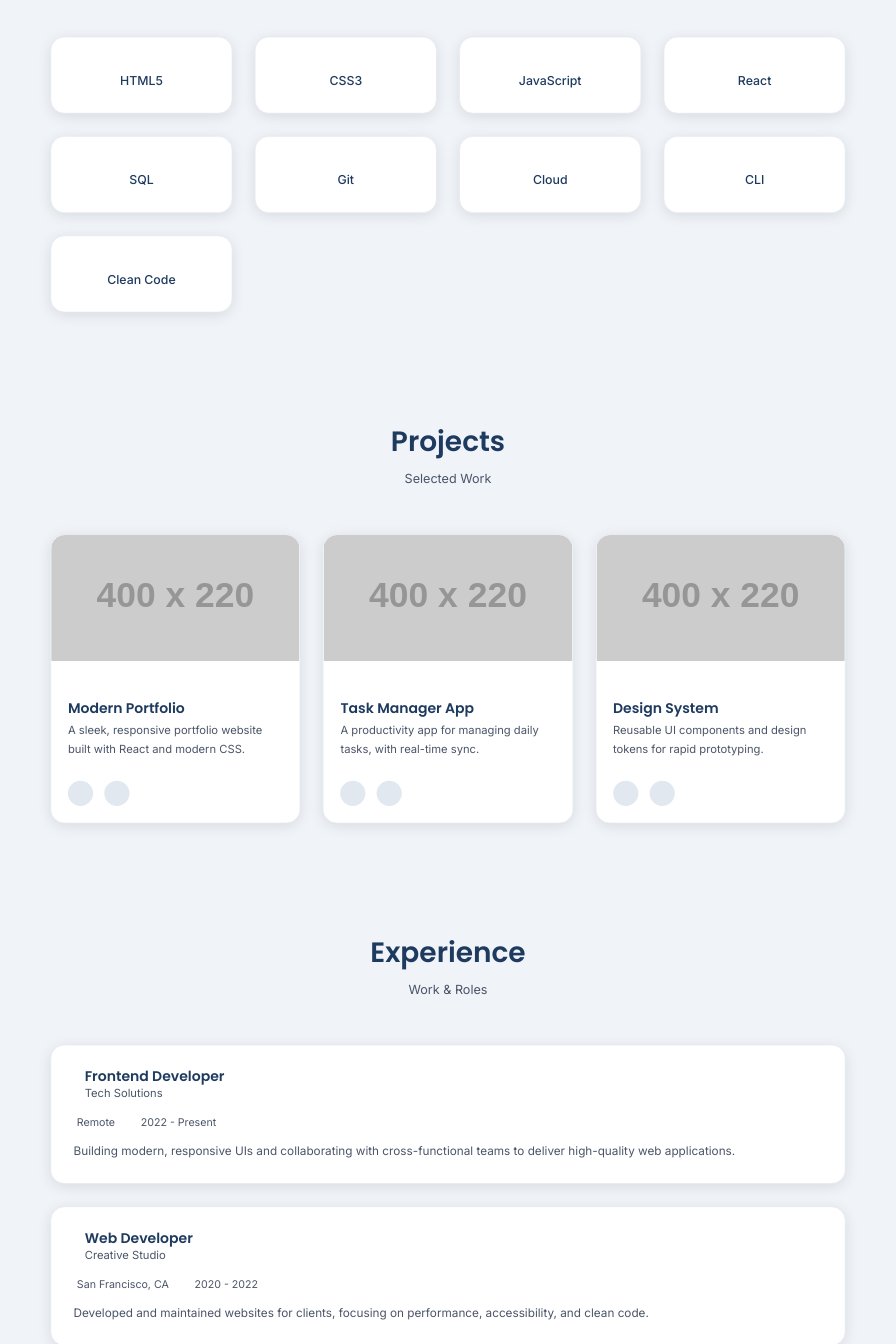
Repository: TharunPathakamuri/Portfolio
Page: index.html
These files come from the project's save history. The page is drawn as it stood at one moment and after the next save; the edit follows.
The browser window is 1280 px wide. The pictures show the part of the page from y = 1866 to 3786 px (the page is 4994 px tall before and 4852 px after), at 70% of full size.

Above is the page before, as saved 2025-07-04 23:29:40.

### index.html
<!DOCTYPE html>
<html lang="en">
  <head>
    <meta charset="UTF-8" />
    <meta name="viewport" content="width=device-width, initial-scale=1.0" />
    <title>Tharun Pathakamuri - Portfolio</title>
    <meta
      name="description"
      content="Personal Portfolio - Modern Web Developer"
    />

    <!-- Google Fonts -->
    <link rel="preconnect" href="https://fonts.googleapis.com" />
    <link rel="preconnect" href="https://fonts.gstatic.com" crossorigin />
    <link
      href="https://fonts.googleapis.com/css2?family=Inter:wght@300;400;500;600;700&family=Poppins:wght@300;400;500;600;700&display=swap"
      rel="stylesheet"
    />

    <!-- Lucide Icons -->
    <link
      rel="stylesheet"
      href="https://cdn.jsdelivr.net/npm/lucide-static@0.292.0/font/lucide.css"
    />

    <!-- Custom CSS -->
    <link rel="stylesheet" href="styles.css" />
    <link rel="shortcut icon" href="favicon.ico" type="image/x-icon" />
  </head>
  <body>
    <!-- Navigation -->
    <nav class="navbar" id="navbar">
      <div class="container">
        <div class="nav-content">
          <div class="nav-logo">
            <h3>Portfolio</h3>
          </div>

          <ul class="nav-menu" id="nav-menu">
            <li><a href="#home" class="nav-link">Home</a></li>
            <li><a href="#about" class="nav-link">About</a></li>
            <li><a href="#skills" class="nav-link">Skills</a></li>
            <li><a href="#projects" class="nav-link">Projects</a></li>
            <li><a href="#experience" class="nav-link">Experience</a></li>
            <li><a href="#contact" class="nav-link">Contact</a></li>
          </ul>

          <div class="nav-actions">
            <button
              class="theme-toggle"
              id="theme-toggle"
              aria-label="Toggle dark mode"
            >
              <i class="lucide lucide-moon"></i>
            </button>

            <button
              class="mobile-menu-toggle"
              id="mobile-menu-toggle"
              aria-label="Toggle mobile menu"
            >
              <i class="lucide lucide-menu"></i>
            </button>
          </div>
        </div>
      </div>
    </nav>

    <!-- Hero Section -->
    <section id="home" class="hero">
      <div class="container">
        <div class="hero-content">
          <div class="hero-text">
            <div class="hero-greeting">
              <span class="wave">👋</span> Hello, I'm
            </div>

            <h1 class="hero-title">
              <span class="name">Tharun Sai Charan Pathakamuri</span>
              <span class="title">Junior Web Developer</span>
            </h1>

            <p class="hero-description">
              I create beautiful, functional, and user-centered digital
              experiences. Passionate about clean code, modern design, and
              innovative solutions.
            </p>

            <div class="hero-actions">
              <button
                class="btn btn-primary"
                onclick="scrollToSection('contact')"
              >
                <i class="lucide lucide-mail"></i>
                Get In Touch
              </button>

              <a
                href="THARUN_PATHAKAMUR_RESUME.pdf"
                class="btn btn-secondary"
                download
              >
                <i class="lucide lucide-download"></i>
                Download Resume
              </a>
            </div>

            <div class="hero-social">
              <a
                href="https://github.com/TharunPathakamuri"
                target="_blank"
                rel="noopener noreferrer"
                class="social-link"
              >
                <i class="lucide lucide-github"></i>
              </a>
              <a
                href="https://www.linkedin.com/in/tharun-pathakamuri/"
                target="_blank"
                rel="noopener noreferrer"
                class="social-link"
              >
                <i class="lucide lucide-linkedin"></i>
              </a>
            </div>
          </div>

          <div class="hero-visual">
            <div class="hero-image">
              <div class="image-placeholder">
                <div class="placeholder-text">JD</div>
              </div>
            </div>
          </div>
        </div>
      </div>
    </section>

    <!-- About Section -->
    <section id="about" class="about section">
      <div class="container">
        <div class="section-header">
          <h2 class="section-title">About Me</h2>
          <p class="section-subtitle">Get to know me better</p>
        </div>

        <div class="about-content">
          <div class="about-text">
            <div class="about-description">
              <p>
                🎓 I’m a B.Tech graduate in Electronics and Communication
                Engineering with a strong interest in web development and Python
                programming.
              </p>

              <p>
                💡 Skilled in HTML, CSS, SQL, and Git, I build
                responsive and user-friendly websites with clean code and
                creative UI.
              </p>

              <p>
               🚀 Currently exploring JavaScript and UI/UX, and
                actively seeking opportunities to contribute to real-world
                projects and grow as a developer.
              </p>
            </div>

            <div class="about-highlights">
              <div class="highlight-item">
                <div class="highlight-icon">
                  <i class="lucide lucide-briefcase"></i>
                </div>
                <div class="highlight-content">
                  <h4 class="highlight-title">Fresher</h4>
                  <p class="highlight-description">Professional Experience</p>
                </div>
              </div>

              <div class="highlight-item">
                <div class="highlight-icon">
                  <i class="lucide lucide-graduation-cap"></i>
                </div>
                <div class="highlight-content">
                  <h4 class="highlight-title">Electronics and Communication
                Engineering</h4>
                  <p class="highlight-description">Bachelor's Degree</p>
                </div>
              </div>

              <div class="highlight-item">
                <div class="highlight-icon">
                  <i class="lucide lucide-map-pin"></i>
                </div>
                <div class="highlight-content">
                  <h4 class="highlight-title">Remote</h4>
                  <p class="highlight-description">Available Worldwide</p>
                </div>
              </div>

              <div class="highlight-item">
                <div class="highlight-icon">
                  <i class="lucide lucide-calendar"></i>
                </div>
                <div class="highlight-content">
                  <h4 class="highlight-title">Available</h4>
                  <p class="highlight-description">For New Projects</p>
                </div>
              </div>
            </div>
          </div>

          <div class="about-visual">
            <div class="about-card">
              <div class="card-header">
                <h3>Personal Info</h3>
              </div>

              <div class="info-list">
                <div class="info-item">
                  <span class="info-label">Name:</span>
                  <span class="info-value">Tharun Sai Charan Pathakamuri</span>
                </div>

                <div class="info-item">
                  <span class="info-label">Email:</span>
                  <span class="info-value">tharunsaicharanpathakamuri@gmail.com</span>
                </div>

                <div class="info-item">
                  <span class="info-label">Location:</span>
                  <span class="info-value">Hyderabad, India</span>
                </div>

                <div class="info-item">
                  <span class="info-label">Languages:</span>
                  <span class="info-value">English, Telugu, Hindi</span>
                </div>
              </div>
            </div>
          </div>
        </div>
      </div>
    </section>

    <!-- Skills Section -->
    <section id="skills" class="skills section">
      <div class="container">
        <div class="section-header">
          <h2 class="section-title">Skills</h2>
          <p class="section-subtitle">Technologies & Tools</p>
        </div>

        <div class="skills-grid">
          <div class="skill-card">
            <div class="skill-icon">
              <i class="lucide lucide-code"></i>
            </div>
            <div class="skill-name">HTML5</div>
          </div>

          <div class="skill-card">
            <div class="skill-icon">
              <i class="lucide lucide-palette"></i>
            </div>
            <div class="skill-name">CSS3</div>
          </div>

          <div class="skill-card">
            <div class="skill-icon">
              <i class="lucide lucide-file-code"></i>
            </div>
            <div class="skill-name">JavaScript</div>
          </div>

          <div class="skill-card">
            <div class="skill-icon">
              <i class="lucide lucide-zap"></i>
            </div>
            <div class="skill-name">React</div>
          </div>


          <div class="skill-card">
            <div class="skill-icon">
              <i class="lucide lucide-database"></i>
            </div>
            <div class="skill-name">SQL</div>
          </div>

          <div class="skill-card">
            <div class="skill-icon">
              <i class="lucide lucide-git-branch"></i>
            </div>
            <div class="skill-name">Git</div>
          </div>

          <div class="skill-card">
            <div class="skill-icon">
              <i class="lucide lucide-cloud"></i>
            </div>
            <div class="skill-name">Cloud</div>
          </div>

          <div class="skill-card">
            <div class="skill-icon">
              <i class="lucide lucide-terminal"></i>
            </div>
            <div class="skill-name">CLI</div>
          </div>

          <div class="skill-card">
            <div class="skill-icon">
              <i class="lucide lucide-check-circle"></i>
            </div>
            <div class="skill-name">Clean Code</div>
          </div>
        </div>
      </div>
    </section>

    <!-- Projects Section -->
    <section id="projects" class="projects section">
      <div class="container">
        <div class="section-header">
          <h2 class="section-title">Projects</h2>
          <p class="section-subtitle">Selected Work</p>
        </div>

        <div class="projects-grid">
          <div class="project-card">
            <div class="project-image">
              <img src="https://placehold.co/400x220" alt="Modern Portfolio" />
            </div>
            <div class="project-content">
              <h3 class="project-title">Modern Portfolio</h3>
              <p class="project-description">
                A sleek, responsive portfolio website built with React and
                modern CSS.
              </p>
              <div class="project-tech">
                <span class="tech-icon"><i class="lucide lucide-zap"></i></span>
                <span class="tech-icon"
                  ><i class="lucide lucide-image"></i
                ></span>
              </div>
              <div class="project-links">
                <a
                  href="https://github.com"
                  target="_blank"
                  rel="noopener noreferrer"
                  class="project-link"
                >
                  <i class="lucide lucide-github"></i>
                </a>
                <a
                  href="#"
                  target="_blank"
                  rel="noopener noreferrer"
                  class="project-link"
                >
                  <i class="lucide lucide-external-link"></i>
                </a>
              </div>
            </div>
          </div>

          <div class="project-card">
            <div class="project-image">
              <img src="https://placehold.co/400x220" alt="Task Manager App" />
            </div>
            <div class="project-content">
              <h3 class="project-title">Task Manager App</h3>
              <p class="project-description">
                A productivity app for managing daily tasks, with real-time
                sync.
              </p>
              <div class="project-tech">
                <span class="tech-icon"><i class="lucide lucide-zap"></i></span>
                <span class="tech-icon"
                  ><i class="lucide lucide-server"></i
                ></span>
                <span class="tech-icon"
                  ><i class="lucide lucide-database"></i
                ></span>
              </div>
              <div class="project-links">
                <a
                  href="https://github.com"
                  target="_blank"
                  rel="noopener noreferrer"
                  class="project-link"
                >
                  <i class="lucide lucide-github"></i>
                </a>
                <a
                  href="#"
                  target="_blank"
                  rel="noopener noreferrer"
                  class="project-link"
                >
                  <i class="lucide lucide-external-link"></i>
                </a>
              </div>
            </div>
          </div>

          <div class="project-card">
            <div class="project-image">
              <img src="https://placehold.co/400x220" alt="Design System" />
            </div>
            <div class="project-content">
              <h3 class="project-title">Design System</h3>
              <p class="project-description">
                Reusable UI components and design tokens for rapid prototyping.
              </p>
              <div class="project-tech">
                <span class="tech-icon"
                  ><i class="lucide lucide-image"></i
                ></span>
                <span class="tech-icon"><i class="lucide lucide-zap"></i></span>
              </div>
              <div class="project-links">
                <a
                  href="https://github.com"
                  target="_blank"
                  rel="noopener noreferrer"
                  class="project-link"
                >
                  <i class="lucide lucide-github"></i>
                </a>
                <a
                  href="#"
                  target="_blank"
                  rel="noopener noreferrer"
                  class="project-link"
                >
                  <i class="lucide lucide-external-link"></i>
                </a>
              </div>
            </div>
          </div>
        </div>
      </div>
    </section>

    <!-- Experience Section -->
    <section id="experience" class="experience section">
      <div class="container">
        <div class="section-header">
          <h2 class="section-title">Experience</h2>
          <p class="section-subtitle">Work & Roles</p>
        </div>

        <div class="experience-timeline">
          <div class="exp-card">
            <div class="exp-header">
              <i class="lucide lucide-briefcase exp-icon"></i>
              <div>
                <h3 class="exp-role">Frontend Developer</h3>
                <div class="exp-company">Tech Solutions</div>
              </div>
            </div>
            <div class="exp-meta">
              <span class="exp-location"
                ><i class="lucide lucide-map-pin"></i> Remote</span
              >
              <span class="exp-period"
                ><i class="lucide lucide-calendar"></i> 2022 - Present</span
              >
            </div>
            <div class="exp-description">
              Building modern, responsive UIs and collaborating with
              cross-functional teams to deliver high-quality web applications.
            </div>
          </div>

          <div class="exp-card">
            <div class="exp-header">
              <i class="lucide lucide-briefcase exp-icon"></i>
              <div>
                <h3 class="exp-role">Web Developer</h3>
                <div class="exp-company">Creative Studio</div>
              </div>
            </div>
            <div class="exp-meta">
              <span class="exp-location"
                ><i class="lucide lucide-map-pin"></i> San Francisco, CA</span
              >
              <span class="exp-period"
                ><i class="lucide lucide-calendar"></i> 2020 - 2022</span
              >
            </div>
            <div class="exp-description">
              Developed and maintained websites for clients, focusing on
              performance, accessibility, and clean code.
            </div>
          </div>

          <div class="exp-card">
            <div class="exp-header">
              <i class="lucide lucide-briefcase exp-icon"></i>
              <div>
                <h3 class="exp-role">Intern Developer</h3>
                <div class="exp-company">Startup Hub</div>
              </div>
            </div>
            <div class="exp-meta">
              <span class="exp-location"
                ><i class="lucide lucide-map-pin"></i> Remote</span
              >
              <span class="exp-period"
                ><i class="lucide lucide-calendar"></i> 2019 - 2020</span
              >
            </div>
            <div class="exp-description">
              Assisted in building MVPs, learning best practices, and
              contributing to open-source projects.
            </div>
          </div>
        </div>
      </div>
    </section>

    <!-- Contact Section -->
    <section id="contact" class="contact section">
      <div class="container">
        <div class="section-header">
          <h2 class="section-title">Contact</h2>
          <p class="section-subtitle">Let's connect</p>
        </div>

        <div class="contact-content">
          <div class="contact-info">
            <div class="contact-item">
              <i class="lucide lucide-mail"></i>
              <span>john@example.com</span>
            </div>
            <div class="contact-item">
              <i class="lucide lucide-map-pin"></i>
              <span>San Francisco, CA</span>
            </div>
            <div class="contact-social">
              <a
                href="https://github.com"
                target="_blank"
                rel="noopener noreferrer"
                class="social-link"
              >
                <i class="lucide lucide-github"></i>
              </a>
              <a
                href="https://linkedin.com"
                target="_blank"
                rel="noopener noreferrer"
                class="social-link"
              >
                <i class="lucide lucide-linkedin"></i>
              </a>
            </div>
          </div>

          <form class="contact-form" id="contact-form">
            <div class="form-group">
              <label for="name">Name</label>
              <input id="name" type="text" required />
              <span class="form-error" id="name-error"></span>
            </div>

            <div class="form-group">
              <label for="email">Email</label>
              <input id="email" type="email" required />
              <span class="form-error" id="email-error"></span>
            </div>

            <div class="form-group">
              <label for="message">Message</label>
              <textarea id="message" rows="4" required></textarea>
              <span class="form-error" id="message-error"></span>
            </div>

            <button type="submit" class="btn btn-primary">Send Message</button>
            <div class="form-success" id="form-success"></div>
          </form>
        </div>
      </div>
    </section>

    <!-- Footer -->
    <footer class="footer">
      <div class="container">
        <div class="footer-content">
          <span
            >&copy; <span id="current-year"></span> John Doe. All rights
            reserved.</span
          >
          <button
            class="footer-top"
            onclick="scrollToTop()"
            aria-label="Back to top"
          >
            <i class="lucide lucide-arrow-up"></i>
          </button>
        </div>
      </div>
    </footer>

    <!-- Custom JavaScript -->
    <script src="script.js"></script>
  </body>
</html>

Loaded but not shown: script.js (335 lines, source omitted); styles.css (1099 lines, source omitted)

After the next save:
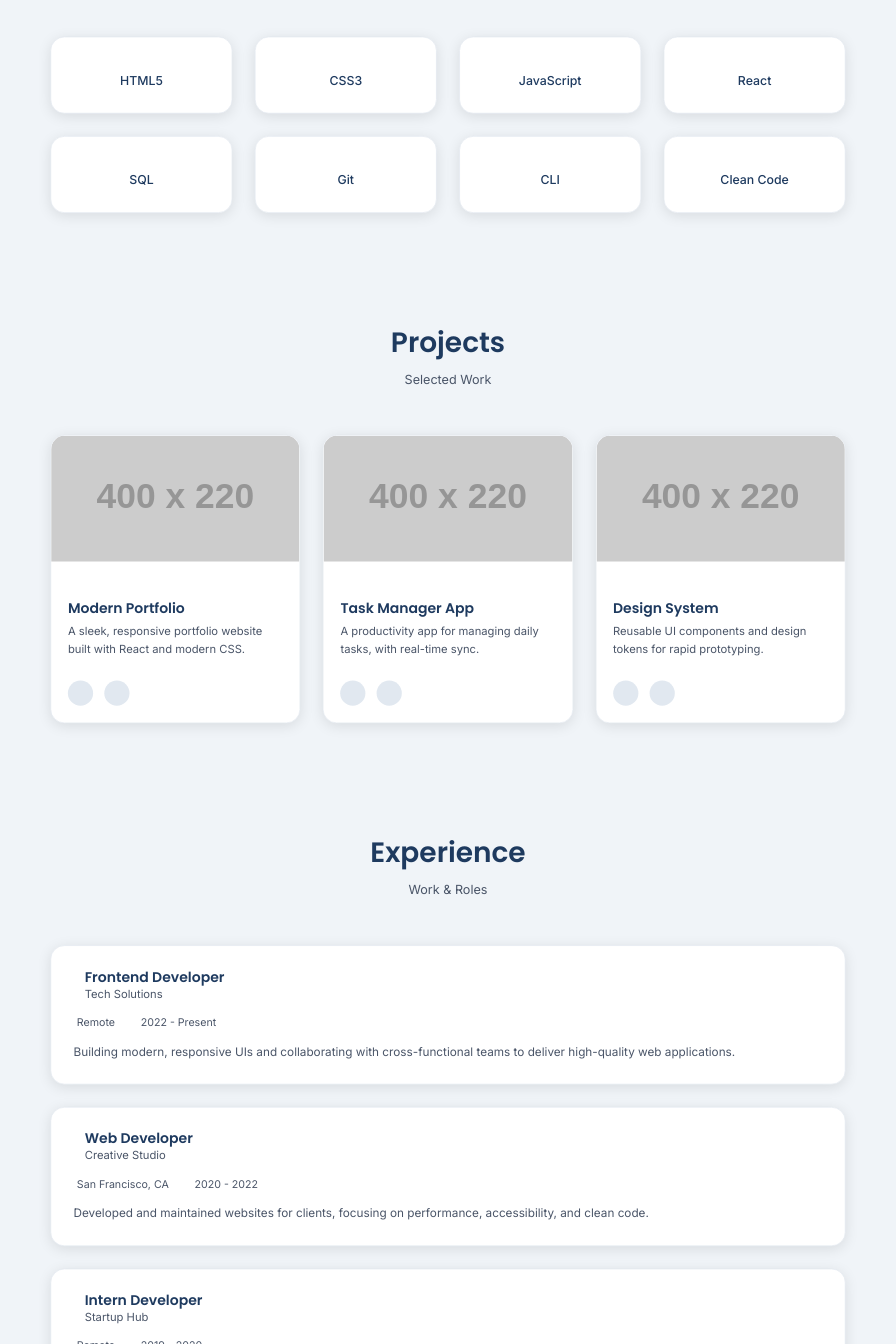
Saved 4 s later.
--- a/index.html
+++ b/index.html
@@ -295,12 +295,6 @@
             <div class="skill-name">Git</div>
           </div>
 
-          <div class="skill-card">
-            <div class="skill-icon">
-              <i class="lucide lucide-cloud"></i>
-            </div>
-            <div class="skill-name">Cloud</div>
-          </div>
 
           <div class="skill-card">
             <div class="skill-icon">
